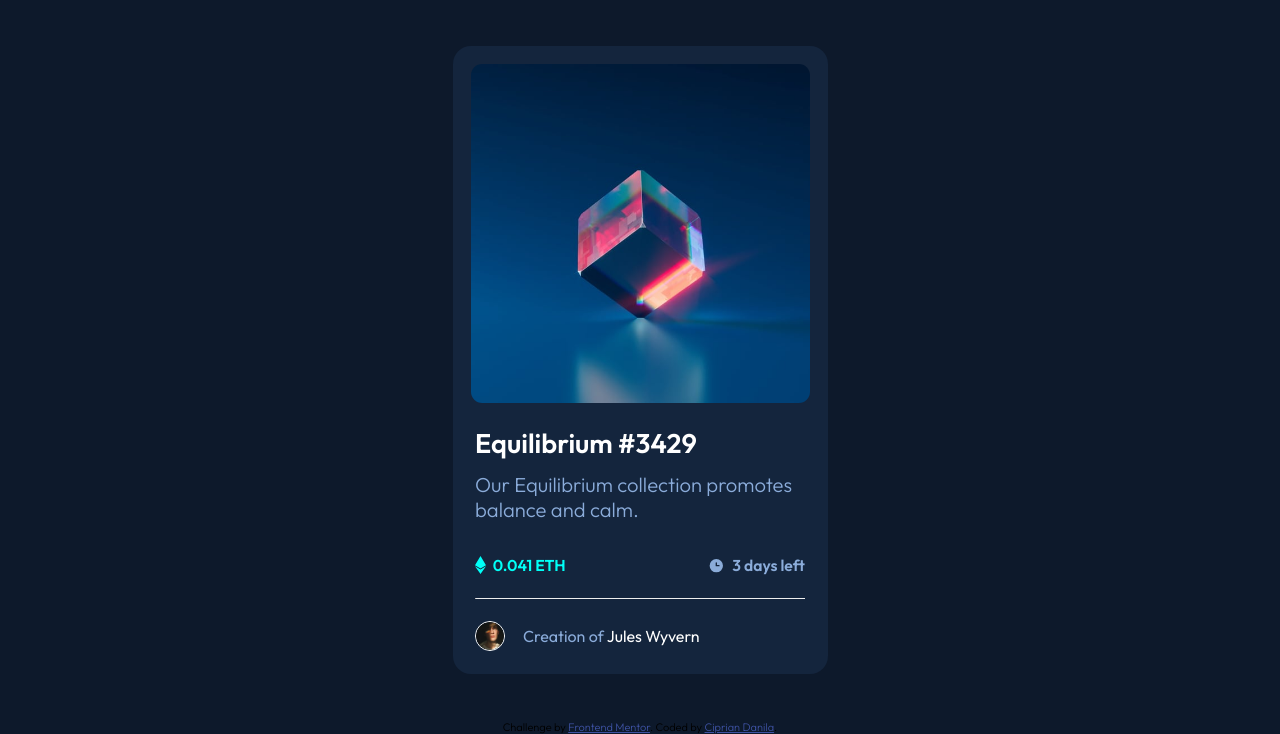
Repository: cipdanila/NFT-preview-card-component
Page: index.html
The author's editor kept a copy of each file at every save. The page is drawn from the files as they stood at one save, then again after the next save.
The browser window is 1280 px wide. The pictures show the whole page.

Above is the page before, as saved 2024-01-31 17:45:10.

### index.html
<!DOCTYPE html>
<html lang="en">
    <head>
        <meta charset="UTF-8" />
        <meta name="viewport" content="width=device-width, initial-scale=1.0" />
        <!-- displays site properly based on user's device -->

        <link rel="icon" type="image/png" sizes="32x32" href="./images/favicon-32x32.png" />
        <link rel="stylesheet" href="style.css" />
        <title>Frontend Mentor | NFT preview card component</title>
    </head>
    <body>
        <main>
            <div class="card">
                <div class="image-card">
                    <img src="/images/image-equilibrium.jpg" alt="cube-equilibrium" />
                </div>
                <div class="text-card">
                    <h1 id="title">Equilibrium #3429</h1>
                    <p id="description">Our Equilibrium collection promotes balance and calm.</p>
                    <div class="price-time">
                        <div class="price">
                            <img src="/images/icon-ethereum.svg" alt="ethereum" />
                            <p class="ethereum">0.041 ETH</p>
                        </div>
                        <div class="time">
                            <img src="/images/icon-clock.svg" alt="clock" />
                            <p class="clock">3 days left</p>
                        </div>
                    </div>
                    <hr />
                    <div class="owner">
                        <img src="/images/image-avatar.png" alt="avatar" />
                        <p>Creation of <span>Jules Wyvern</span></p>
                    </div>
                </div>
            </div>
        </main>

        <footer>
            <div class="attribution">
                Challenge by
                <a
                    href="https://www.frontendmentor.io/challenges/nft-preview-card-component-SbdUL_w0U"
                    target="_blank"
                    rel="noopener noreferer"
                    >Frontend Mentor</a
                >. Coded by <a href="https://github.com/cipdanila" target="_blank" rel="noopener noreferer">Ciprian Danila</a>.
            </div>
        </footer>
    </body>
</html>

### style.css
@import url("https://fonts.googleapis.com/css2?family=Outfit:wght@300;400;600&display=swap");

:root {
    /* Colors */
    /* Primary */
    --soft-blue: hsl(215, 51%, 70%); /* paragraph */
    --cyan: hsl(178, 100%, 50%); /* active states */
    /* Neutrals */
    --very-dark-blue-main: hsl(217, 54%, 11%); /* main background */
    --very-dark-blue-card: hsl(216, 50%, 16%); /* card background */
    --very-dark-blue-line: hsl(215, 32%, 27%); /* hr line */
    --white: hsl(0, 0%, 100%); /* title */
}

*, *::after, *::before {
    box-sizing: border-box;
    margin: 0;
    padding: 0;
}

body, html {
    height: 100%;
    font-family: "Outfit", sans-serif;
    font-size: 1.125rem;
    font-weight: 300;
    background-color: var(--very-dark-blue-main);
}

main {
    display: flex;
    justify-content: center;
    align-items: center;
    height: 100%;
}

.card {
    max-width: 375px;
    border-radius: 1rem;
    box-shadow: 0.5rem 0.5rem rgb(rgb(12, 23, 41));
    display: flex;
    flex-direction: column;
    justify-content: center;
    align-items: center;
    background-color: var(--very-dark-blue-card);
}

.image-card {
    text-align: center;
    padding: 1rem;
}

.image-card img {
    max-width: 100%;
    height: auto;
    border-radius: 0.625rem;
}

.text-card {
    padding: 0 1.25rem;
}


#title {
    color: var(--white);
    font-weight: 600;
    font-size: 1.5rem;
}

#description {
    color: var(--soft-blue);
    font-weight: 300;
    padding: 0.625rem 0;
}

.price-time {
    width: 100%;
    display: flex;
    justify-content: space-between;
    padding: 1.25rem 0;
    font-size: 0.875rem;
    font-weight: 600;
}

.price-time img {
    margin-right: 0.375rem;
}

.price {
    display: flex;
    align-items: center;
    color: var(--cyan);
}


.time {
    display: flex;
    align-items: center;
    color: var(--soft-blue);
}

.owner {
    display: flex;
    align-items: center;
    padding: 1.25rem 0;
    font-size: 16px;
    font-weight: 400;
    color: var(--soft-blue);
}

.owner img {
    width: 30px;
    border: 1px solid var(--white);
    border-radius: 50px;
    margin-right: 1rem;
}

span {
    color: var(--white);
}

hr {
    align-self: center;
    border-top: 1px var(--very-dark-blue-line);
}

.attribution {
    font-size: 11px;
    text-align: center;
}
.attribution a {
    color: hsl(228, 45%, 44%);
}

After the next save:
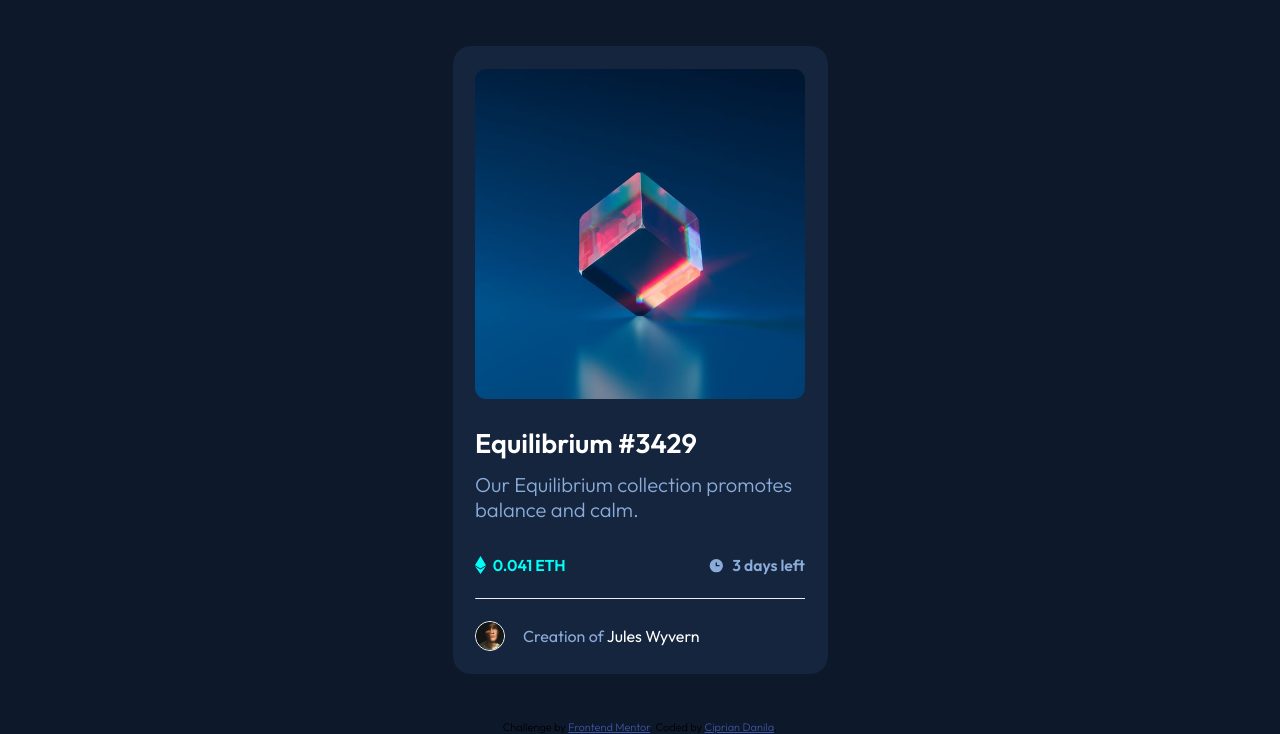
Saved 86 s later.
--- a/style.css
+++ b/style.css
@@ -46,7 +46,7 @@
 
 .image-card {
     text-align: center;
-    padding: 1rem;
+    padding: 1.25rem;
 }
 
 .image-card img {
